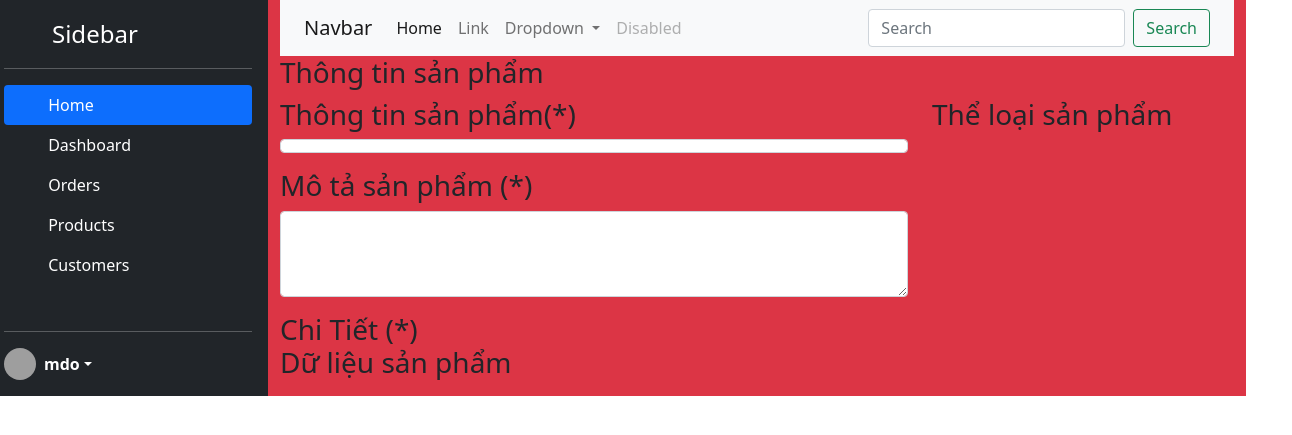
Repository: Lehuyhuynh/BT12-BOOTSTRAP
Page: index.html
These files come from the project's save history. The page is drawn as it stood at one moment and after the next save; the edit follows.
The browser window is 1280 px wide. The page is 1292 px wide, so the pictures cover 1292 px, including what lies to the right of the window. The pictures show the whole page.
Pictures or frames that could not be fetched are drawn as grey boxes.

Above is the page before, as saved 2023-08-19 22:30:24.

After the next save:
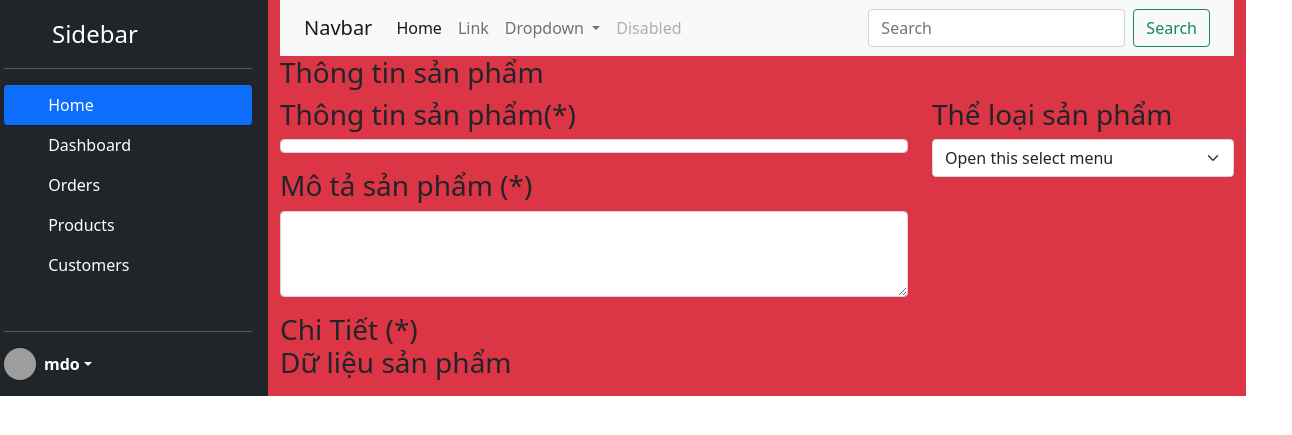
Saved 118 s later.
--- a/index.html
+++ b/index.html
@@ -136,6 +136,13 @@
 
               <div class="cate">
 
+                <select class="form-select" aria-label="Default select example">
+                  <option selected>Open this select menu</option>
+                  <option value="1">One</option>
+                  <option value="2">Two</option>
+                  <option value="3">Three</option>
+                </select>
+
               </div>
             </div>
           </div>
